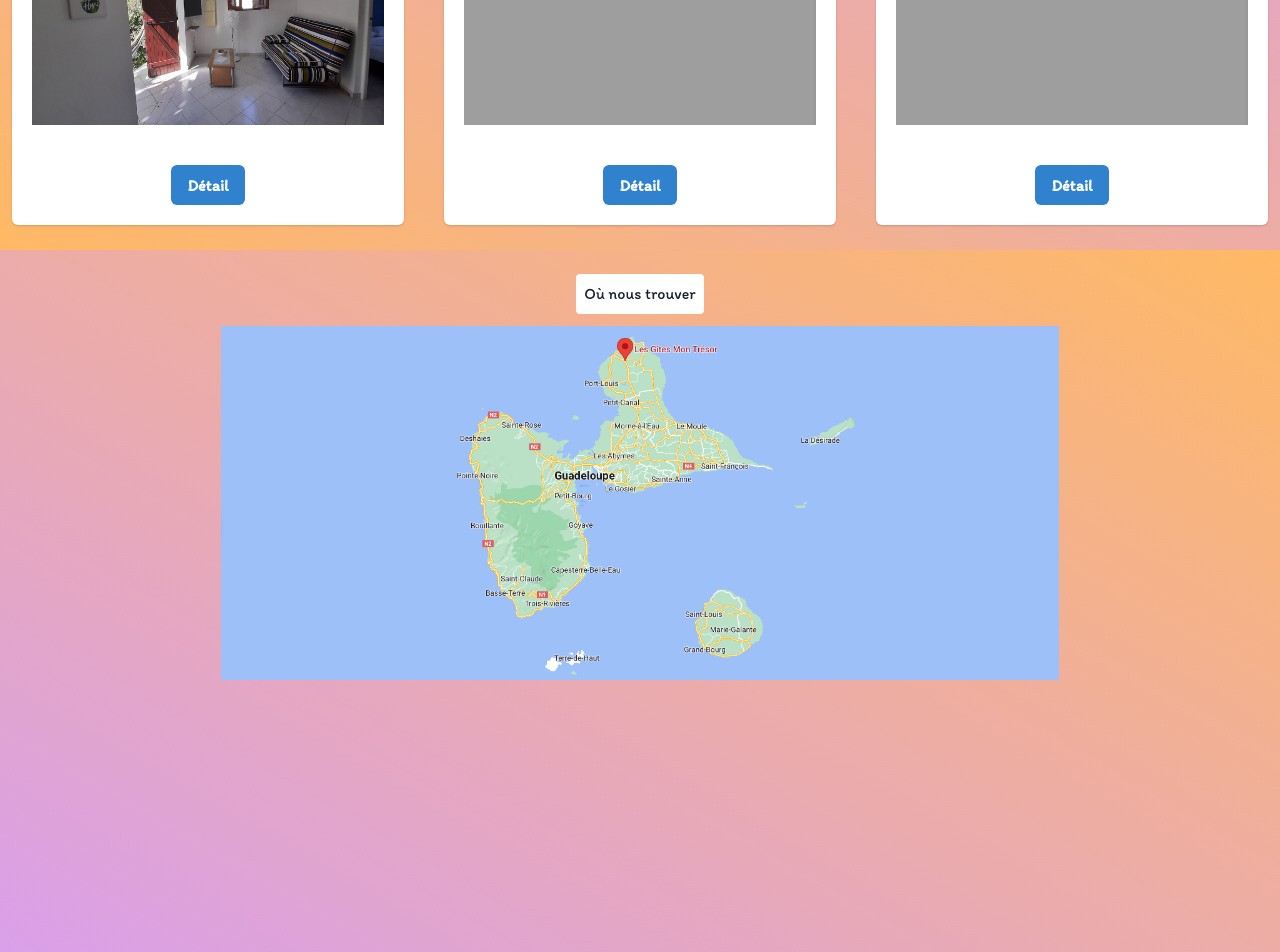
Repository: All-Khwarizmi/gites-v2
Page: /
An editor plug-in stored every save of this project. The page is shown before and after the next save, followed by the edit.
The browser window is 1280 px wide. The pictures show the part of the page from y = 1190 to 2142 px (the page is 2160 px tall).
Pictures or frames that could not be fetched are drawn as grey boxes. The project was rebuilt for these pictures with package versions that can differ from the ones it lists, and the page was loaded fresh each time. The framework's server and built-in components were replaced by stand-ins that run in the browser. Also part of the build but not shown: next.config.js, next.config.mjs.

Above is the page before, as saved 2023-02-03 19:14:40.

### src/pages/_app.tsx
import { type AppType } from "next/dist/shared/lib/utils";
import { ChakraProvider } from "@chakra-ui/react";
import Layout from "../components/Layout";
import { Itim } from "@next/font/google";
import Navbar from "../components/Navbar";

import "../styles/globals.css";
import Head from "next/head";

const inter = Itim({ weight: "400", subsets: ["latin"] });

const MyApp: AppType = ({ Component, pageProps }) => {
  return (
    <ChakraProvider>
      <Head>
        <title>Gîtes Mon Tresor</title>
        <meta
          name="viewport"
          /* content="width=device-width, initial-scale=1.0, maximum-scale=1.0,user-scalable=0" */
          content="viewport-fit=cover"
        />
        <meta name="title" content="Gîtes Mon Tresor" />

        <meta
          name="description"
          content="Gîtes accueillants et chaleureux en Guadeloupe, Anse Bertrand. Venez en famille ou en amoureux profiter des plaisirs qu'offre l'île. "
        />
        <meta property="og:image" content="/IMG_0318.JPG" key="ogimage" />
      </Head>

      <main className={inter.className}>
        <Component {...pageProps} />
      </main>
    </ChakraProvider>
  );
};

export default MyApp;

### src/pages/index.tsx
import { type NextPage } from "next";
import Head from "next/head";
import Link from "next/link";
import Test from "./Test";
import styles from '../styles/Home.module.scss'

const Home: NextPage = () => {
  return (
    <>
      <Test />
    </>
  );
};

export default Home;

### src/styles/globals.css
@tailwind base;
@tailwind components;
@tailwind utilities;

:root {
  --colorOne: #ffb965;
  --colorTwo: #d99feb;
  --color3: #ffbf5b;
  --color4: #31b7cf;
}
* {
  margin: 0;
  padding: 0;
}
body {
  width: 100vw;
  height: 100vh;
  box-sizing: border-box;
}

.test {
  width: 100%;
}

#myVideo {
  object-fit: cover;

  min-height: 100vh;
  position: relative;
  z-index: -1;
  bottom: 0;
  right: 0;
}

.section {
  background-image: linear-gradient(
    27deg,
    var(--colorOne) 0%,
    var(--colorTwo) 100%
  );
  margin-top: 0;
  position: relative;
}
.section-2 {
  background-image: linear-gradient(
    30deg,
   var(--colorTwo) 0%,
    var(--colorOne) 100%
  );
  margin-top: 0;
  position: relative;
}


.card-1 {
  background-color: inherit;
  padding: 3rem;
  width: 100%;
}
.nav {
  position: fixed;
  z-index: 5;


}

### src/pages/Test.tsx
import { AppType } from "next/app";
import {
  Card,
  CardHeader,
  ButtonGroup,
  Button,
  CardBody,
  CardFooter,
  Stack,
  Image,
  Heading,
  Text,
  Divider,
  Flex,
} from "@chakra-ui/react";
import Carousel from "../components/Carousel";
import { Component, useEffect, useRef, useState } from "react";
import Localisation from "../components/Localisation";
import Navbar from "../components/Navbar";

const Test = () => {
  const divPosition: any = useRef(null);


  const slidesPalmier = [
    {
      img: "/Gite Palmier/1.jpg",
    },
    {
      img: "/Gite Palmier/2.jpg",
    },
    {
      img: "/Gite Palmier/3.jpg",
    },
    {
      img: "/Gite Palmier/4.jpg",
    },
    {
      img: "/Gite Palmier/5.jpg",
    },
    {
      img: "/Gite Palmier/6.jpg",
    },
    {
      img: "/Gite Palmier/7.jpg",
    },
    {
      img: "/Gite Palmier/9087556.jpg",
    },
  ];
  const slidesAnanas = [
    {
      img: "/Gite Ananas/1.jpg",
    },
    {
      img: "/Gite Ananas/2.jpg",
    },
    {
      img: "/Gite Ananas/3.jpg",
    },
    {
      img: "/Gite Ananas/4.jpg",
    },
    {
      img: "/Gite Ananas/5.jpg",
    },
    {
      img: "/Gite Ananas/6.jpg",
    },
    {
      img: "/Gite Ananas/20191231_100325.jpg",
    },
    {
      img: "/Gite Ananas/20200325_100606.jpg",
    },
  ];
  const slidesKawan = [
    {
      img: "/Gite Kawan/1.jpg",
    },
    {
      img: "/Gite Kawan/2.jpg",
    },
    {
      img: "/Gite Kawan/3.jpg",
    },
    {
      img: "/Gite Kawan/4.jpg",
    },

    {
      img: "/Gite Kawan/6.jpg",
    },
    {
      img: "/Gite Kawan/7.jpg",
    },
    {
      img: "/Gite Kawan/8.jpg",
    },
    {
      img: "/Gite Kawan/9.jpg",
    },
    {
      img: "/Gite Kawan/10.jpg",
    },
    {
      img: "/Gite Kawan/11.jpg",
    },
    {
      img: "/Gite Kawan/12.jpg",
    },
    {
      img: "/Gite Kawan/13.jpg",
    },
    {
      img: "/Gite Kawan/14.jpg",
    },
    {
      img: "/Gite Kawan/15.jpg",
    },
  ];

  return (
    <>
      <main>
        <Navbar position={divPosition} />
        <div className="test">
          <section className="test">
            <video
              autoPlay
              playsInline
              muted
              loop
              id="myVideo"
              poster="/Gite Kawan/1.jpg"
            >
              <source src={"/Mon film.mp4"} type="video/mp4" />
            </video>
          </section>
          <div className="section h-screen">
            <section ref={divPosition} className="section h-full">
              <div className="card-1 flex-column flex justify-center">
                <Card maxW={"900px"}>
                  <Heading className="flex-column flex justify-center p-2">
                    <p> Bienvenue en Guadeloupe !</p>
                  </Heading>
                  <CardBody>
                    <Text className="welcome-text">
                      Pour des vacances au soleil, sur des plages de sable blanc
                      ou de belles balades dans une verdure luxuriante : les
                      Gîtes Mon Trésor vous assurent un dépaysement total. Loin
                      des grandes structures touristiques, dans un jardin calme
                      et ventilé avec piscine sécurisée, Catherine et Laurent,
                      originaires de Normandie, vous accueillent toute l’année
                      dans leurs gîtes situés sur la commune d'ANSE-BERTRAND, à
                      3 km des plages et de tous commerces. Nous avons l'énorme
                      chance de n'avoir jamais de sargasses sur nos plages les
                      plus proches. Bonne visite !
                    </Text>
                  </CardBody>
                </Card>
              </div>

              <div className="grid  grid-flow-row justify-center gap-4 md:grid-flow-col ">
                <Card maxW="lg" m={3}>
                  <Stack mt="6" spacing="3">
                    <Heading textAlign={"center"} size="md">
                      Gîte Palmier
                    </Heading>
                  </Stack>
                  <CardBody>
                    <Carousel slides={slidesPalmier} />
                  </CardBody>
                  <Flex align="center" justify="center">
                    <CardFooter>
                      <Button variant="solid" colorScheme="blue">
                        Détail
                      </Button>
                    </CardFooter>
                  </Flex>
                </Card>
                <Card maxW="lg" m={3}>
                  <Stack mt="6" spacing="3">
                    <Heading textAlign={"center"} size="md">
                      Gîte Ananas
                    </Heading>
                  </Stack>
                  <CardBody>
                    <Carousel slides={slidesAnanas} />
                  </CardBody>
                  <Flex align="center" justify="center">
                    <CardFooter>
                      <Button variant="solid" colorScheme="blue">
                        Détail
                      </Button>
                    </CardFooter>
                  </Flex>
                </Card>
                <Card maxW="lg" m={3}>
                  <Stack mt="6" spacing="3">
                    <Heading textAlign={"center"} size="md">
                      Gîte Kawan
                    </Heading>
                  </Stack>
                  <CardBody>
                    <Carousel slides={slidesKawan} />
                  </CardBody>
                  <Flex align="center" justify="center">
                    <CardFooter>
                      <Button variant="solid" colorScheme="blue">
                        Détail
                      </Button>
                    </CardFooter>
                  </Flex>
                </Card>
              </div>


            </section>
          </div>
          <div className="h-screen section-2">
            <Localisation />
          </div>
        </div>
      </main>
    </>
  );
};

export default Test;

### src/components/Carousel.tsx
import React from 'react'
import { useEffect, useState } from 'react';
import { Flex, Box, Text, Image } from '@chakra-ui/react';

const Carousel = ({slides}: any) => {

  const slides1 = [
    {
      img: "/Gîte Palmier/1.jpg",
    },
    {
      img: "/Gîte Palmier/2.jpg",
    },
    {
      img: "/Gîte Palmier/3.jpg",
    },
    {
      img: "/Gîte Palmier/4.jpg",
    },
    {
      img: "/Gîte Palmier/5.jpg",
    },
    {
      img: "/Gîte Palmier/6.jpg",
    },
    {
      img: "/Gîte Palmier/7.jpg",
    },
    {
      img: "/Gîte Palmier/9087556.jpg",
    },

  ];
  const [currentSlide, setCurrentSlide] = useState(0);
  const slidesCount = slides.length;
  const carouselStyle = {
    transition: "all .5s",
    ml: `-${currentSlide * 100}%`,
  };
  const SLIDES_INTERVAL_TIME = 3000;
  const ANIMATION_DIRECTION = "right";
  useEffect(() => {
    const prevSlide = () => {
      setCurrentSlide((s) => (s === 0 ? slidesCount - 1 : s - 1));
    };

    const nextSlide = () => {
      setCurrentSlide((s) => (s === slidesCount - 1 ? 0 : s + 1));
 };

    const automatedSlide = setInterval(() => {
      ANIMATION_DIRECTION.toLowerCase() === "left" ? prevSlide() : nextSlide();
    }, SLIDES_INTERVAL_TIME);
    return () => clearInterval(automatedSlide);
  }, [slidesCount]);
  return (
    <Flex
      w="full"
      bg="#edf3f8"
      _dark={{
        bg: "#3e3e3e",
      }}

      alignItems="center"
      justifyContent="center"
    >
      <Flex w="full" overflow="hidden">
        <Flex pos="relative" h="200px" w="full" {...carouselStyle}>
          {slides.map((slide: any, sid: any) => (
            <Box key={`slide-${sid}`} flex="none" boxSize="full" shadow="md">
              <Text
                color="white"
                fontSize="xs"
                p="8px 12px"
                pos="absolute"
                top="0"
                whiteSpace="nowrap"
              >
                {sid + 1} / {slidesCount}
              </Text>
              <Image
                src={slide.img}
                alt="carousel image"
                boxSize="full"
                backgroundSize="cover"
              />
            </Box>
          ))}
        </Flex>
      </Flex>
    </Flex>
  );
};



export default Carousel

### src/components/Localisation.tsx
import React from "react";
import Link from "next/link";

const Localisation = () => {
  const coordinates: string =
    "Les+Gîtes+Mon+Trésor/@16.4645544,-61.4825254,17z";
  const baseUrl: string =
    "https://www.google.com/maps/search/?api=1&query=Les+Gîtes+Mon+Trésor+Anse+Bertrand/";
  return (
    <>
      <div className="location align-center flex items-center justify-center p-3"></div>
      <div className="section-location flex  justify-center">
        <p className="text-extra-bold w-30 rounded bg-white p-2">
          Où nous trouver
        </p>
      </div>

      <div className="location p-3">
        <a
          className="align-center flex items-center justify-center"
          target="_blank"
          href={baseUrl}
        >
          <img
            className="w-2/3"
            src="./IMG_0537.JPG"
            alt="carte de la Guadeloupe"
          />
        </a>
      </div>
    </>
  );
};

export default Localisation;

### src/components/Navbar.tsx
import { useEffect, useState, useRef } from "react";

function NavLink({ to, children }: any) {
  return (
    <a href={to} className={`mx-4`}>
      {children}
    </a>
  );
}

function MobileNav({ open, setOpen }: any) {
  return (
    <div
      className={`absolute top-0 left-0 h-screen w-screen transform bg-white ${
        open ? "-translate-x-0" : "-translate-x-full"
      } drop-shadow-md filter transition-transform duration-300 ease-in-out `}
    >
      <div className="flex h-20 items-center justify-center bg-white drop-shadow-md filter">
        {" "}
        {/*logo container*/}
        <a className="text-2xl font-semibold" href="/">
          <img
            className="w-24 hover:w-32"
            src="/IMG_0318.JPG"
            alt="Gîtes Mon Tresor Logo"
          />
        </a>
      </div>
      <div className="ml-4 flex flex-col">
        <a
          className="my-4 text-xl font-medium"
          href="#"
          onClick={() =>
            setTimeout(() => {
              setOpen(!open);
            }, 100)
          }
        >
          Accueil
        </a>
        <a
          className="my-4 text-xl font-normal"
          href="#"
          onClick={() =>
            setTimeout(() => {
              setOpen(!open);
            }, 100)
          }
        >
          Gîtes
        </a>
        <a
          className="my-4 text-xl font-normal"
          href="#"
          onClick={() =>
            setTimeout(() => {
              setOpen(!open);
            }, 100)
          }
        >
          Localisation
        </a>
        <a
          className="my-4 text-xl font-normal"
          href="#"
          onClick={() =>
            setTimeout(() => {
              setOpen(!open);
            }, 100)
          }
        >
          Tarifs
        </a>
        <a
          className="my-4 text-xl font-normal"
          href="#"
          onClick={() =>
            setTimeout(() => {
              setOpen(!open);
            }, 100)
          }
        >
          Contact
        </a>
        <a
          className="my-4 text-xl font-normal"
          href="#"
          onClick={() =>
            setTimeout(() => {
              setOpen(!open);
            }, 100)
          }
        >
          Partenariats
        </a>
      </div>
    </div>
  );
}

export default function Navbar({ position }: any) {
  const [open, setOpen] = useState(false);
  const [color, setColor] = useState(" ");
  const [colorFont, setColorFont] = useState(" ");
  const [offset, setOffset] = useState(0);


  useEffect(() => {
    const onScroll = () => setOffset(window.pageYOffset);
    // clean up code
    window.removeEventListener("scroll", onScroll);
    window.addEventListener("scroll", onScroll, { passive: true });
    if (position?.current?.getBoundingClientRect().top < 80) {
      setColor("bg-white");
      setColorFont("text-black");
    } else {
      setColor(" ");
      setColorFont("text-white");
    }
    return () => window.removeEventListener("scroll", onScroll);
  }, [offset]);

  const style = { backgroundColor: color, color: colorFont };
  return (
    <nav
      className={`nav flex h-20 w-full items-center gap-4 ${style.backgroundColor}  px-4 py-4 drop-shadow-md filter`}
    >
      <MobileNav open={open} setOpen={setOpen} />
      <div className="flex w-3/12 items-center">
        <a className="text-2xl font-semibold" href="/">
          <img
            className="w-24 hover:w-32"
            src="/IMG_0318.JPG"
            alt="Gîtes Mon Tresor Logo"
          />
        </a>
      </div>
      <div className="flex w-9/12 items-center justify-end">
        <div
          className="relative z-50 flex h-8 w-8 flex-col items-center justify-between md:hidden"
          onClick={() => {
            setOpen(!open);
          }}
        >
          {/* hamburger button */}
          <span
            className={`h-1 w-full transform rounded-lg bg-black transition duration-300 ease-in-out ${
              open ? "translate-y-3.5 rotate-45" : ""
            }`}
          />
          <span
            className={`h-1 w-full rounded-lg bg-black transition-all duration-300 ease-in-out ${
              open ? "w-0" : "w-full"
            }`}
          />
          <span
            className={`h-1 w-full transform rounded-lg bg-black transition duration-300 ease-in-out ${
              open ? "-translate-y-3.5 -rotate-45" : ""
            }`}
          />
        </div>

        <div className="hidden md:flex">
          <ul className="flex justify-items-center gap-x-3">
            <li className="mr-6">
              <a
                className={` flex-initial text-2xl ${style.color} text-justify   hover:underline`}
                href="#"
              >
                Accueil
              </a>
            </li>
            <li className="mr-6">
              <a
                className={` flex-initial text-2xl ${style.color} text-justify   hover:underline`}
                href="#"
              >
                Gîtes
              </a>
            </li>
            <li className="mr-6">
              <a
                className={` flex-initial text-2xl ${style.color} text-justify   hover:underline`}
                href="#"
              >
                Localisation
              </a>
            </li>
            <li className="mr-6">
              <a
                className={` flex-initial text-2xl ${style.color} text-justify   hover:underline`}
                href="#"
              >
                Tarifs
              </a>
            </li>
            <li className="mr-6">
              <a
                className={` flex-initial text-2xl ${style.color} text-justify   hover:underline`}
                href="#"
              >
                Contact
              </a>
            </li>
            <li className="mr-6">
              <a
                className={` flex-initial text-2xl ${style.color} text-justify   hover:underline`}
                href="#"
              >
                Partenariats
              </a>
            </li>
          </ul>
        </div>
      </div>
    </nav>
  );
}

Loaded but not shown: tailwind.config.cjs (common file)

After the next save:
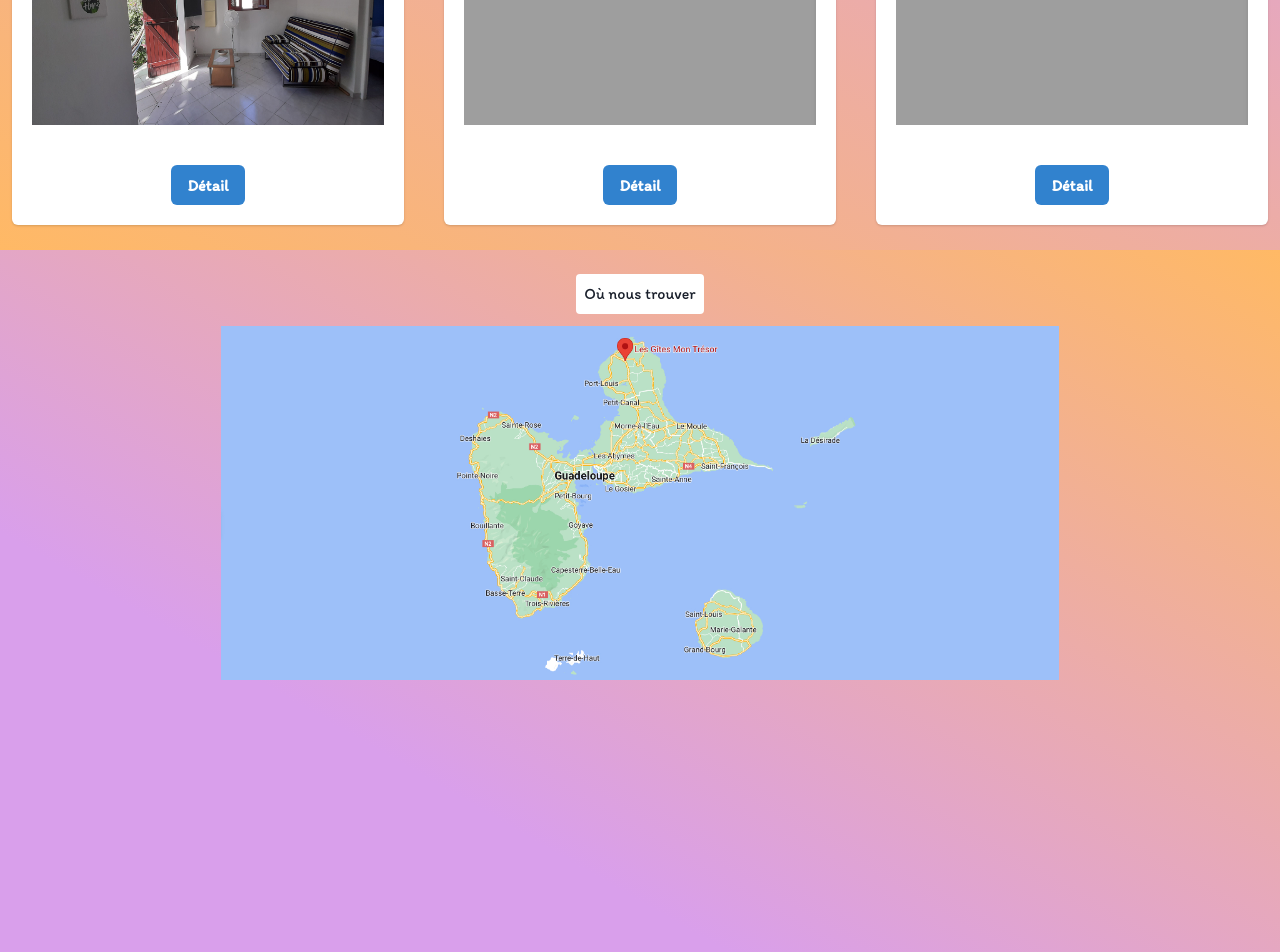
Saved 14 s later.
--- a/src/styles/globals.css
+++ b/src/styles/globals.css
@@ -44,7 +44,7 @@ body {
 .section-2 {
   background-image: linear-gradient(
     30deg,
-   var(--colorTwo) 0%,
+   var(--colorTwo) 30%,
     var(--colorOne) 100%
   );
   margin-top: 0;
